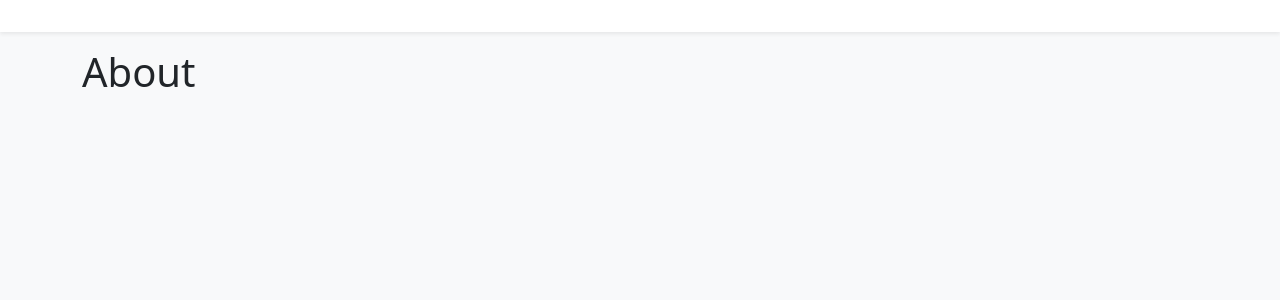
Repository: kurtveil/react-ecommerce
Page: /about
The author's editor kept a copy of each file at every save. The page is drawn from the files as they stood at one save, then again after the next save.
The browser window is 1280 px wide. The pictures show the whole page.
The project was rebuilt for these pictures with package versions that can differ from the ones it lists, and the page was loaded fresh each time. Also part of the build but not shown: vite.config.ts, src/pages/Home.tsx, src/pages/Store.tsx.

Above is the page before, as saved 2023-07-12 19:34:48.

### src/main.tsx
import React from 'react'
import ReactDOM from 'react-dom/client'
import App from './App.tsx'
import "bootstrap/dist/css/bootstrap.min.css";
import { BrowserRouter } from 'react-router-dom';

ReactDOM.createRoot(document.getElementById('root')!).render(
  <React.StrictMode>
    <BrowserRouter>
      <App />
    </BrowserRouter>
  </React.StrictMode>,
)

### src/App.tsx
import { Routes, Route } from "react-router-dom";
import { Container } from "react-bootstrap";
import Home from "./pages/Home";
import Store from "./pages/Store";
import About from "./pages/About";
import Navbar from "./components/Navbar";
function App() {

  return (
    <>
    <Navbar/>
      <Container className="mb-4">
        <Routes>
          <Route path="/" element={<Home />} />
          <Route path="/store" element={<Store />} />
          <Route path="/about" element={<About />} />
        </Routes>
      </Container>
    </>
  )
}

export default App

### src/pages/About.tsx
import React from 'react'

export default function About() {
  return (
    <h1>About</h1>
  )
}

### src/components/Navbar.tsx
import {Container,Nav,Navbar as NavbarBs} from 'react-bootstrap';
import {NavLink}from 'react-router-dom';
export default function Navbar() {
  return (
    <NavbarBs className='bg-white shadow-sm mb-3'>
        <Container>
            <Nav>
                <Nav.Link to="/" as={NavLink}></Nav.Link>
            </Nav>
        </Container>
    </NavbarBs>
  )
}

Loaded but not shown: index.html (common file)

After the next save:
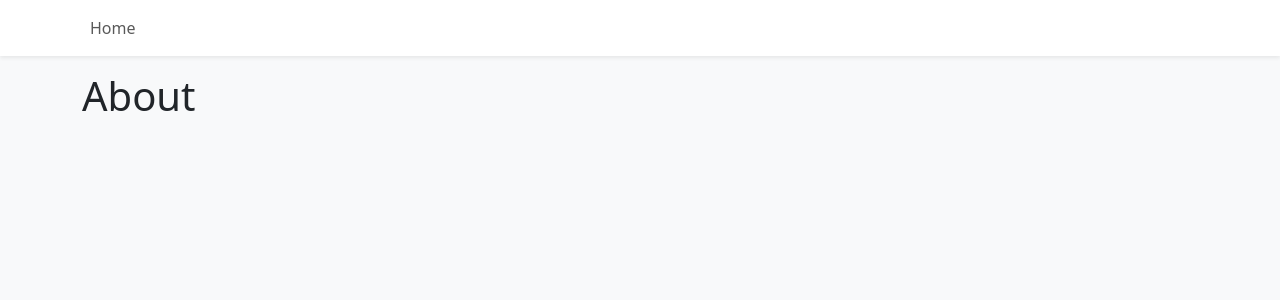
Saved 6 s later.
--- a/src/components/Navbar.tsx
+++ b/src/components/Navbar.tsx
@@ -5,7 +5,9 @@ export default function Navbar() {
     <NavbarBs className='bg-white shadow-sm mb-3'>
         <Container>
             <Nav>
-                <Nav.Link to="/" as={NavLink}></Nav.Link>
+                <Nav.Link to="/" as={NavLink}>
+                    Home
+                </Nav.Link>
             </Nav>
         </Container>
     </NavbarBs>
